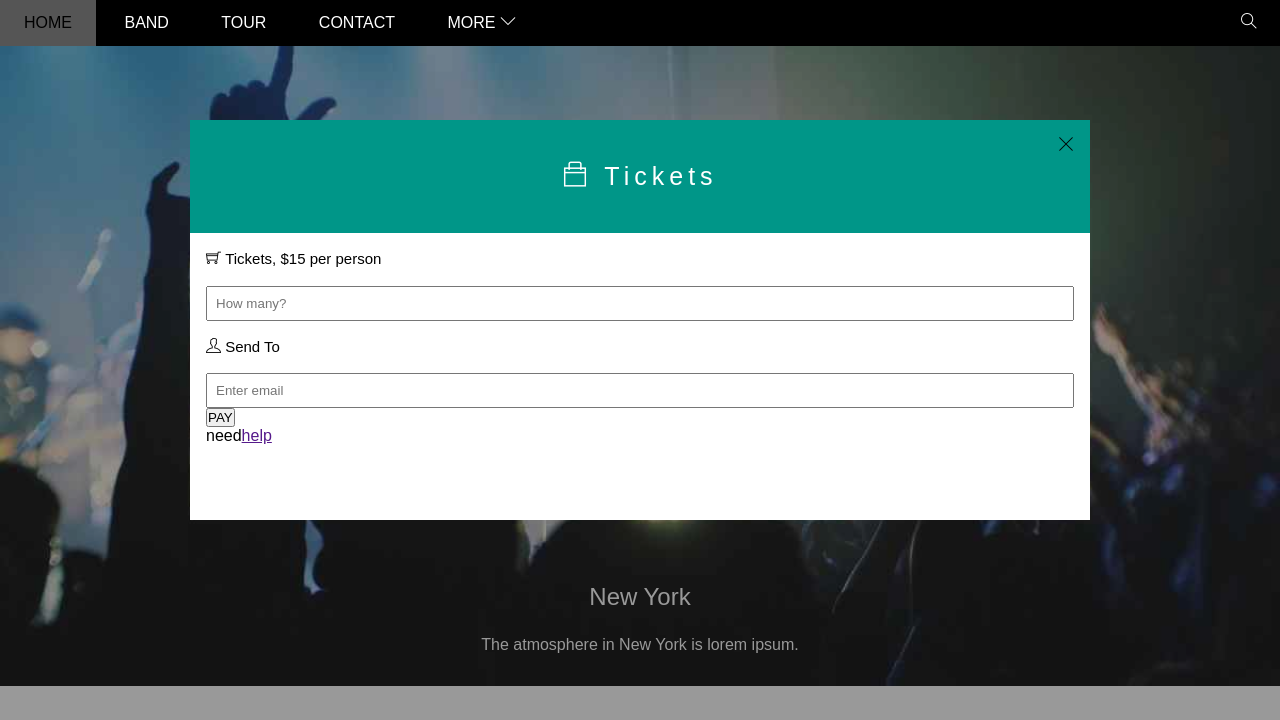
Repository: tung1233hhhhhhhhhhhhh/Website
Page: w3_band/index.html
The author's editor kept a copy of each file at every save. The page is drawn from the files as they stood at one save, then again after the next save.
The browser window is 1280 px wide. The pictures show the window.
A layer covers the whole window, so only the first screen is drawn.

Above is the page before, as saved 2023-02-18 21:42:10.

### w3_band/index.html
<!DOCTYPE html>
<html lang="en">

<head>
    <meta charset="UTF-8">
    <meta http-equiv="X-UA-Compatible" content="IE=edge">
    <meta name="viewport" content="width=device-width, initial-scale=1.0">
    <title>Document</title>
    <link rel="stylesheet" href="./assets/css/style.css">
    <link rel="stylesheet" href="/w3_band/assets/fonts/themify-icons/themify-icons.css">
    <link rel="stylesheet" href="./modal.js">
</head>

<body>
    <div id="main">
        <div id="header">
            <div id="nav">
                <ul>
                    <li><a href="">Home</a></li>
                    <li><a href="">Band</a></li>
                    <li><a href="">Tour</a></li>
                    <li><a href="">Contact</a></li>
                    <li class="icon">
                        <a href="">
                            More
                            <i class="ti-angle-down"></i>
                        </a>
                        <div class="subnav">
                            <ul>
                                <li><a href="">Merchandise</a></li>
                                <li><a href="">Extras</a></li>
                                <li><a href="">Media</a></li>
                            </ul>
                        </div>
                    </li>
                </ul>
                <div class="icon-search">
                    <i class="ti-search"></i>
                </div>
            </div>
        </div>

        <div id="slider">
            <div class="silder-content">
                <h2 class="silder-heading">New York</h2>
                <p class="silder-discreption">The atmosphere in New York is lorem ipsum.</p>
            </div>
        </div>

        <div id="content">
            <!-- about content -->
            <div class="content-selection">
                <h2 class="text-heading">THE BAND</h2>
                <p class="text-sub-heading">We love music</p>
                <p class="text-content">
                    We have created a fictional band website. Lorem ipsum dolor sit amet, consectetur adipiscing elit,
                    sed do eiusmod tempor incididunt ut labore et dolore magna aliqua. Ut enim ad minim veniam, quis
                    nostrud exercitation ullamco laboris nisi ut aliquip ex ea commodo consequat. Duis aute irure dolor
                    in reprehenderit in voluptate velit esse cillum dolore eu fugiat nulla pariatur. Excepteur sint
                    occaecat cupidatat non proident, sunt in culpa qui officia deserunt mollit anim id est laborum
                    consectetur adipiscing elit, sed do eiusmod tempor incididunt ut labore et dolore magna aliqua. Ut
                    enim ad minim veniam, quis nostrud exercitation ullamco laboris nisi ut aliquip ex ea commodo
                    consequat.
                </p>
                <!-- img -->
                <div class="team-selection">
                    <div class="sub-selection">
                        <p class="text-selection">Team</p>
                        <img src="/w3_band/assets/img/name.jpg" alt="" class="img-selection">
                    </div>

                    <div class="sub-selection">
                        <p class="text-selection">Team</p>
                        <img src="/w3_band/assets/img/name.jpg" alt="" class="img-selection">
                    </div>

                    <div class="sub-selection">
                        <p class="text-selection">Team</p>
                        <img src="/w3_band/assets/img/name.jpg" alt="" class="img-selection">
                    </div>
                </div>
            </div>

            <!-- tour content -->

            <div class="content-tour">
                <div class="tour-body">
                    <div class="content-selection">
                        <h2 class="text-heading">TOUR DATES</h2>
                        <p class="text-sub-heading">Remember to book your tickets!</p>
                    </div>

                    <ul class="tour-text">
                        <li>
                            September
                            <span>Sold out</span>
                        </li>
                        <li>
                            October
                            <span>Sold out</span>
                        </li>
                        <li>
                            November
                            <span class="number">3</span>
                        </li>
                    </ul>

                    <div class="tour-list">
                        <div class="tourimg-selection">
                            <img src="/w3_band/assets/img/anh1.jpg" alt="">
                            <div class="container">
                                <p>
                                    <b>New York</b>
                                </p>
                                <p style="opacity: 0.6;">Fri 27 Nov 2016</p>
                                <p>Praesent tincidunt sed tellus ut rutrum sed vitae justo.</p>
                                <button> Buy Tickets</button>
                            </div>


                        </div>
                        <div class="tourimg-selection">
                            <img src="/w3_band/assets/img/anh2.jpg" alt="">
                            <div class="container">
                                <p>
                                    <b>Paris</b>
                                </p>
                                <p style="opacity: 0.6;">Sat 28 Nov 2016</p>
                                <p>Praesent tincidunt sed tellus ut rutrum sed vitae justo.</p>
                                <button> Buy Tickets</button>
                            </div>
                        </div>
                        <div class="tourimg-selection">
                            <img src="/w3_band/assets/img/anh3.jpg" alt="">
                            <div class="container">
                                <p>
                                    <b>San Francisco</b>
                                </p>
                                <p style="opacity: 0.6;">Sun 29 Nov 2016</p>
                                <p>Praesent tincidunt sed tellus ut rutrum sed vitae justo.</p>
                                <button> Buy Tickets</button>
                            </div>
                        </div>
                    </div>
                </div>
            </div>

            <!-- contact content -->

            <div class="contact-content">
                <div class="content-selection">
                    <h2 class="text-heading">CONTACT</h2>
                    <p class="text-sub-heading">Fan? Drop a note!</p>
                    <div class="contact">
                        <div class="contact-left">
                            <i class="ti-location-pin"></i>
                            Chicago, US
                            <br>
                            <i class="ti-mobile"></i>
                            Phone: +00 151515
                            <br>
                            <i class="ti-email"></i>
                            Email: mail@mail.com
                        </div>
                        <div class="contact-right">
                            <form action="">
                                <div class="account">
                                    <input type="text" placeholder="Name">
                                    <input type="text" placeholder="Email">
                                </div>
                                <input class="mes" type="text" placeholder="Message">
                                <button>SEND</button>
                            </form>
                        </div>
                    </div>
                </div>

            </div>

            <!-- image of location/map -->

            <div class="banner-image">
                <img src="/w3_band/assets/img/map.jpg" alt="">

            </div>


        </div>

        <div id="footer">
            <i class="ti-facebook"></i>
            <i class="ti-instagram"></i>
            <i class="ti-vimeo-alt"></i>
            <i class="ti-pinterest"></i>
            <i class="ti-twitter-alt"></i>
            <i class="ti-linkedin"></i>
            <p>Powered by <a href="">w3.css</a></p>
        </div>
    </div>
    <div class="modal">
        <div class="modal-container">
            <div class="modal-close">
                <i class="ti-close"></i>
            </div>
            <header>
                <i class="ti-bag"></i>
                Tickets

            </header>
            <div class="modal-body">
                <label for="" class="modal-lable">
                    <i class="ti-shopping-cart"></i>
                    Tickets, $15 per person
                </label>
                <input type="text" class="input-lable" placeholder="How many?">
                <label for="" class="modal-lable">
                    <i class="ti-user"></i>
                    Send To
                </label>
                <input type="text" class="input-lable" placeholder="Enter email">
                <button class="modal-button">PAY</button>
                <p>need<a href="">help</a></p>
            </div>

        </div>
    </div>


</body>

</html>

### w3_band/assets/css/style.css
* {
    padding: 0;
    margin: 0;
    box-sizing: border-box;
}

html {
    font-family: Arial, Helvetica, sans-serif;
}

#main {}

#header {
    height: 46px;
    background-color: #000;
    position: fixed;
    top: 0;
    right: 0;
    left: 0;
    z-index: 1;
}

#nav li {
    display: inline-block;
    position: relative;
}

#nav li:hover .subnav {
    display: block;
}

#nav>ul>li:hover>a>i,
#nav .subnav li:hover,
#nav>ul>li:hover>a {
    color: #000;
    background-color: #555;
}

#nav .subnav {
    display: none;
    position: absolute;
    background-color: #FFF;
    box-shadow: 0 0 20px rgba(0, 0, 0, 0.4);
}

#nav .subnav a {
    color: #000;
    padding: 0 12px;
    line-height: 38px;
}

#nav .subnav ul li {
    display: block;
    min-width: 150px;
}

#nav>ul>li>a {
    color: #fff;
    text-transform: uppercase;
}

#nav ul {
    display: inline-block;
}

#nav li a {
    text-decoration: none;
    line-height: 46px;
    padding: 0 24px;
    display: block;
}

#nav i {
    color: #fff;
    width: 20px;
}

#header .icon-search {
    display: block;
    float: right;
    line-height: 46px;
    padding: 0 23px;
}

#header .icon-search:hover {
    cursor: pointer;
    background-color: #f44336;
}

#slider {
    margin-top: 46px;
    padding-top: 50%;
    background: url(/w3_band/assets/img/ny.jpg) top center / cover no-repeat;
    position: relative;
}

.silder-content {
    position: absolute;
    bottom: 0;
    color: #fff;
    padding-bottom: 32px;
    text-align: center;
    width: 100%;
}

.silder-heading {
    font-weight: 500;
}

.silder-discreption {
    margin-top: 25px;
}

#content {}

#content .content-selection {
    padding: 64px 0px;
    margin-left: auto;
    margin-right: auto;
    width: 800px;
}

#content .content-selection .text-heading {
    text-align: center;
    font-size: 30px;
    font-weight: 500;
    letter-spacing: 4px;
}

#content .content-selection .text-sub-heading {
    text-align: center;
    font-size: 15px;
    margin-top: 25px;
    opacity: 0.6;
    font-style: italic;
}

#content .content-selection .text-content {
    font-size: 15px;
    margin-top: 25px;
    text-align: justify;
    line-height: 1.4;
}

#content .content-selection .team-selection {
    padding-top: 47px;
    padding-bottom: 32px;
    justify-items: space-between;
}

#content .team-selection .sub-selection {
    display: inline-block;
    text-align: center;
}

#content .sub-selection p {
    margin: 15px 0;
}



#content .team-selection .img-selection {
    width: 60%;
    border-radius: 4px;
    margin-bottom: 16px;
}

/* tour content  */


#content .content-tour {
    height: 850px;
    background-color: #000;
    color: #fff;
}

#content .content-tour .tour-body {
    width: 800px;
    margin-left: auto;
    margin-right: auto;
}

#content .content-tour .tour-text {
    background-color: #FFF;
    display: block;
    color: #000;
}

#content .tour-text>li {
    height: 22, 5px;
    padding: 8px 16px;
    list-style: none;
}

#content .tour-text>li:first-child {
    border-bottom: 1px solid #999;
}

#content .tour-text>li:last-child {
    border-top: 1px solid #999;
}

#content .tour-text span {
    /* border-radius: 4px; */
    display: inline-block;
    background-color: red;
    padding: 4px;
    margin-left: 4px;
    color: #fff;
}

#content .tour-text .number {
    /* margin-left: 50px; */
    background-color: black;
    float: right;
    border-radius: 50%;
    margin-top: -3px;
}

#content .tour-list {
    padding: 32px 0;
    right: 0;
    left: 0;
    margin: 0 -8px;
    position: relative;
}

#content .tourimg-selection {
    width: 33.33333%;
    float: left;
    padding: 0 8px;
    justify-content: space-between;
}

#content .tourimg-selection .container {
    /* text-align: center; */
    background-color: #fff;
    color: #000;
    height: 204px;
    padding-left: 16px;
    font-size: 15px;
    line-height: 1.5;
    margin-top: -4px;
    margin-bottom: 15px;
}



#content .tourimg-selection .container>p {
    padding-top: 15px;
}

#content .tourimg-selection .container button {
    color: #fff;
    background-color: #000;
    margin-top: 15px;
    text-align: center;
    cursor: pointer;
    white-space: nowrap;
    border: none;
    display: inline-block;
    padding: 8px 16px;
    vertical-align: middle;
    overflow: hidden;
    text-decoration: none;
}

#content .container button:hover {
    background-color: #ccc;
    color: #000;
}

#content .tourimg-selection img {
    width: 100%;
    background-image: cover;
}

/* contact content */


#content .contact-content {
    padding: 45px 0;
}

#content .contact {
    padding-top: 47px;
    padding-bottom: 32px;
}

#content .contact .contact-left {
    width: 49%;
    display: inline-block;
    font-size: 18px;
}

#content .contact .contact-left i {
    display: inline-block;
    font-size: inherit;
    width: 30px;
    line-height: 1.5;
}

#content .contact .contact-right {
    width: 49%;
    /* display: inline-block; */
    float: right;
}


.contact .contact-right form {
    width: 400px;
    position: relative;
    display: inline-block
}

.contact .contact-right form .account {
    margin-bottom: 10px;
}

.contact .contact-right .account input {
    padding: 8px;
    margin-right: 16px;
}

.contact .contact-right form .mes {
    width: 95.7%;
    padding: 8px;
}

.contact .contact-right form button {
    /* position: absolute; */
    margin: 16px 0;
    padding: 8px 16px;
    margin-left: 309px;
    background-color: black;
    color: #fff;
}

.contact .contact-right form button:hover {
    cursor: pointer;
    background-color: #ccc;
    color: black;
    border: none;
}

/* image of location/map */

.banner-image img {
    width: 100%;
    filter: grayscale(50%);
}

#content {}


#footer {
    padding: 64px 16px;
    text-align: center;
    justify-content: center;
    opacity: 0.6;
}

#footer p {
    margin: 30px 0;
    display: block;
    font-size: 15px;
}

#footer i {
    font-size: 25px;

    display: inline-block;
    text-rendering: auto;
}


.modal {
    position: fixed;
    top: 0;
    left: 0;
    right: 0;
    bottom: 0;

    background-color: rgba(0, 0, 0, 0.4);
}

.modal .modal-container {
    width: 900px;
    height: 400px;
    background-color: #FFF;
    margin: 0 auto;
    transform: translateY(30%);
    position: relative;
}

.modal .modal-container .modal-close {
    position: absolute;
    right: 0;
    padding: 16px;
}

.modal .modal-container .modal-close:hover {
    cursor: pointer;
    background-color: #ccc;
    color: black;
}

.modal header {
    width: 900px;
    padding: 42px 16px;
    background-color: #009688;
    font-size: 25px;
    color: #FFF;
    letter-spacing: 5px;
    text-align: center;
    align-items: center;
}

.modal .modal-body {
    width: 100%;
    padding: 0 16px;
}

.modal .modal-body .modal-lable {
    display: block;
    margin-top: 15px;
    margin-bottom: 15px;
    font-size: 15px;
    line-height: 1.5;
}

.modal .modal-body .input-lable {
    width: 100%;
    padding: 8px;
}

Loaded but not shown: w3_band/assets/fonts/themify-icons/themify-icons.css (common file); w3_band/modal.js (no stored copy; drawn as an empty file)

After the next save:
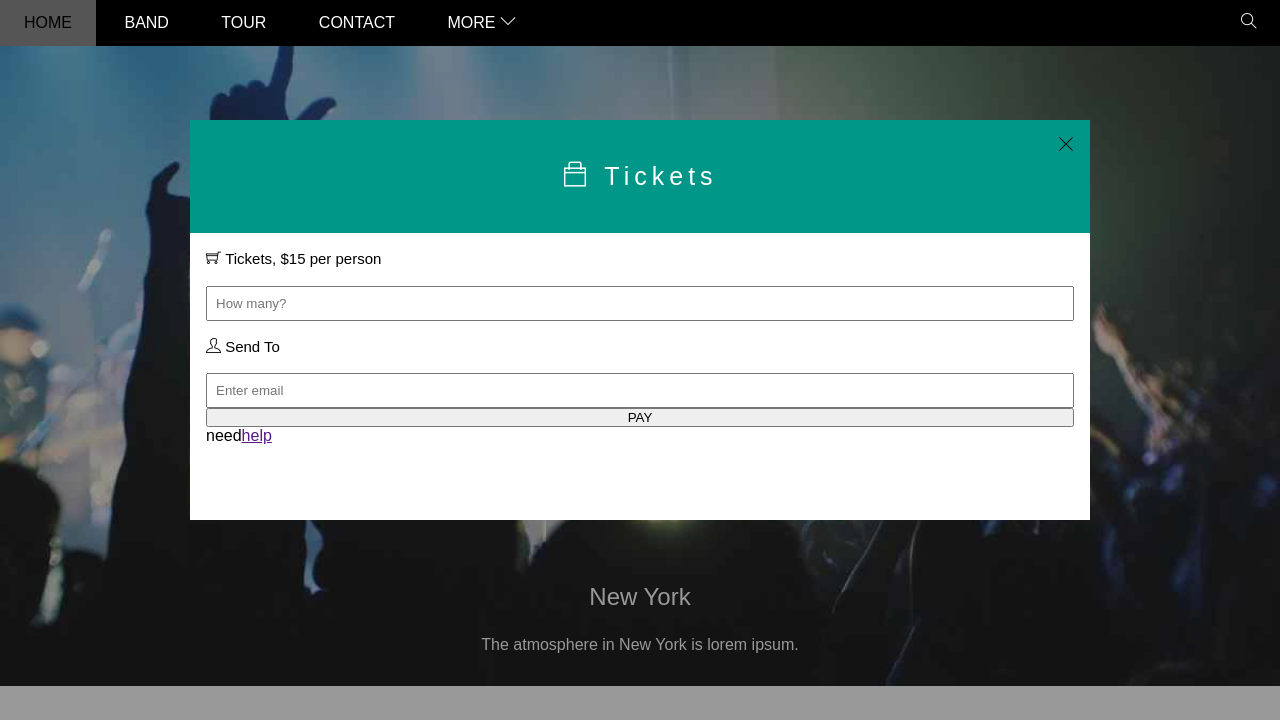
Saved 50 s later.
--- a/w3_band/assets/css/style.css
+++ b/w3_band/assets/css/style.css
@@ -433,3 +433,7 @@
     width: 100%;
     padding: 8px;
 }
+
+.modal .modal-body .modal-button {
+    width: 100%;
+}
